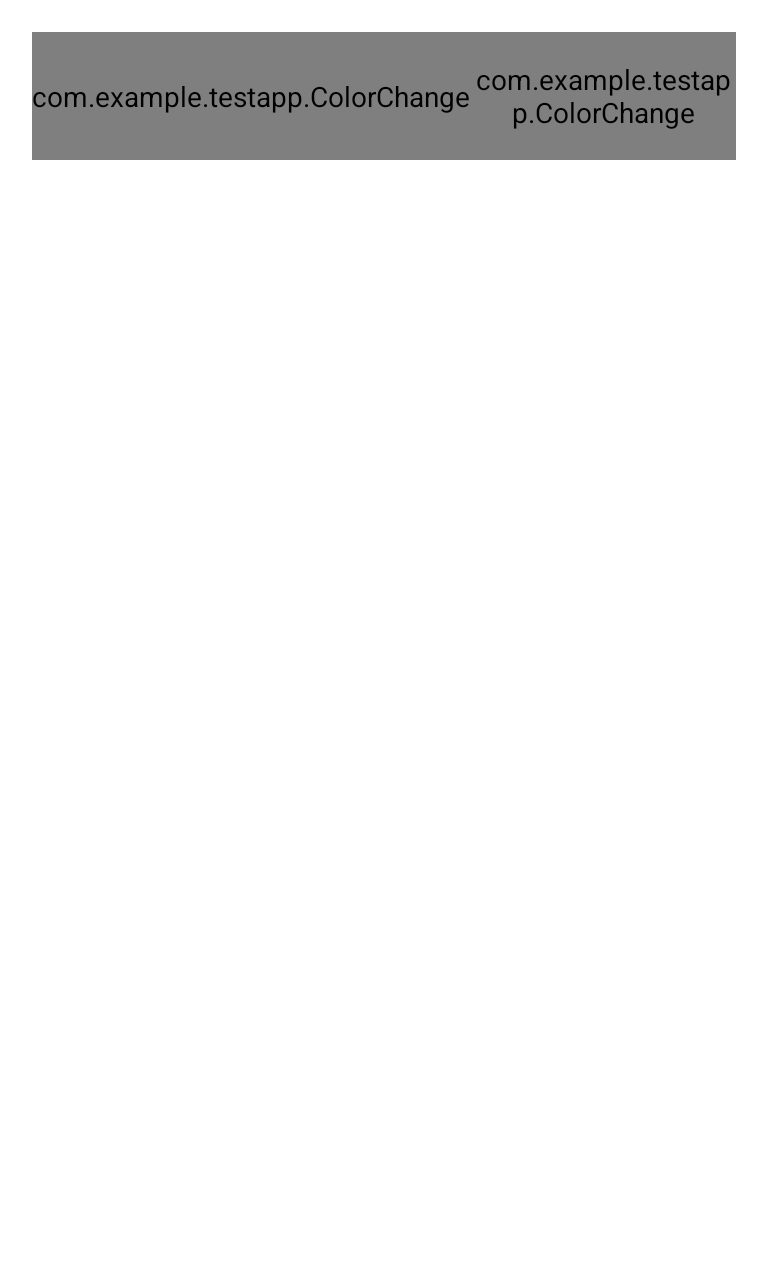
Repository: nick92/ConkyLive
Layout: testApp/res/layout/activity_main.xml
These files come from the project's save history. The layout is drawn as it stood at one moment and after the next save; the edit follows.
Pictures or frames that could not be fetched are drawn as grey boxes. It is drawn on a 768 x 1280 px phone screen (xhdpi) without system bars, with theme AppTheme; the app's code is not run.

Above is the layout before, as saved 2013-05-15 13:35:33.

After the next save:
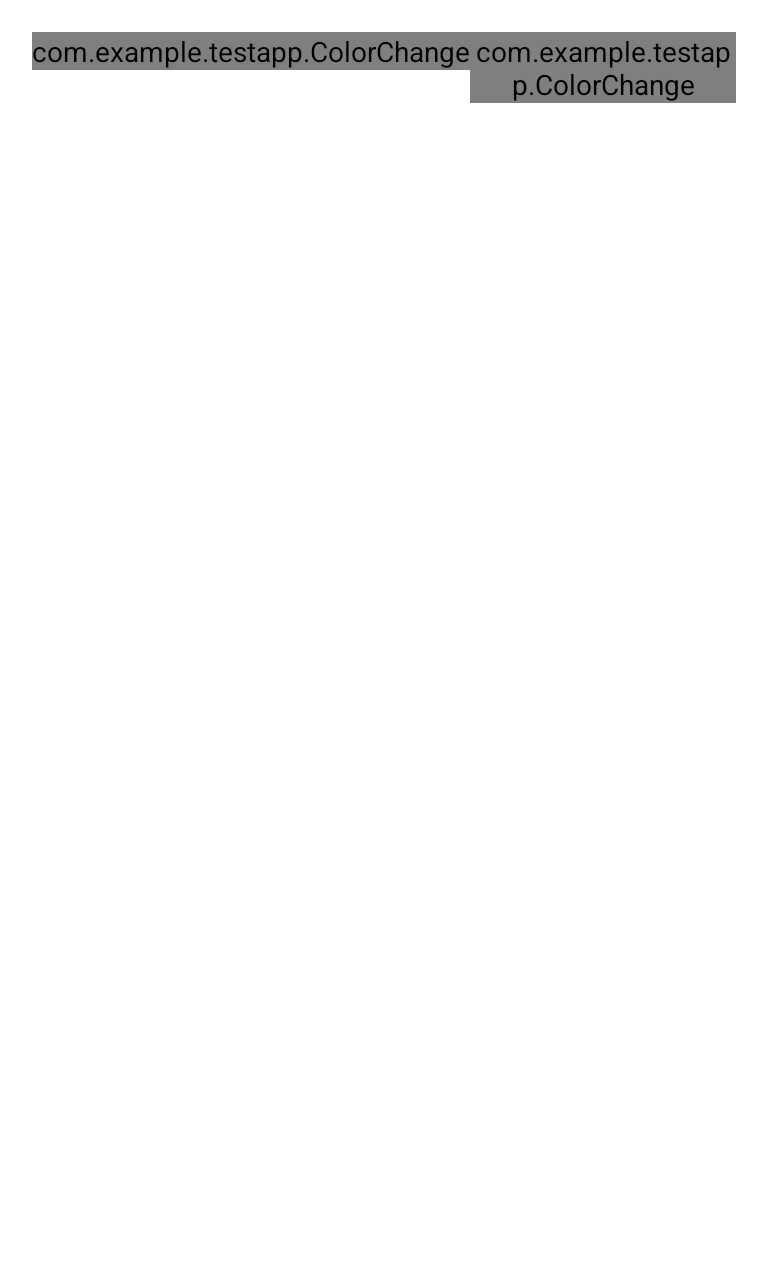
Saved 45 s later.
--- a/testApp/res/layout/activity_main.xml
+++ b/testApp/res/layout/activity_main.xml
@@ -12,14 +12,14 @@
     <com.example.testapp.ColorChange
         android:id="@+id/view1"
         android:layout_width="wrap_content"
-	    android:layout_height="?android:attr/listPreferredItemHeight"
+	    android:layout_height="wrap_content"
         option:titleText="Background Color"
         option:valueColor="#FFA4C639" />
 
     <com.example.testapp.ColorChange
         android:id="@+id/view2"
         android:layout_width="wrap_content"
-	    android:layout_height="?android:attr/listPreferredItemHeight"
+	    android:layout_height="wrap_content"
         option:titleText="Foreground Color"
         option:valueColor="#591e6e" />
 
